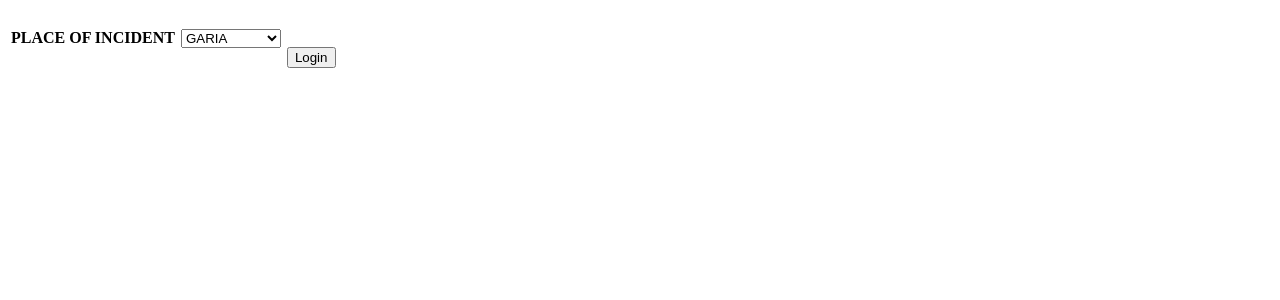
Repository: jeetlovely/ems
Page: EmergencyManagement/WebContent/accident.html
The author's editor kept a copy of each file at every save. The page is drawn from the files as they stood at one save, then again after the next save.
The browser window is 1280 px wide. The pictures show the whole page.

Above is the page before, as saved 2018-04-25 09:16:19.

### EmergencyManagement/WebContent/accident.html
<!DOCTYPE html>
<html>
<head>
<meta charset="ISO-8859-1">
<title>Insert title here</title>
</head>
<body>
<form action="success1">

<table align="left">
<tr><th colspan="2">PLACE OF INCIDENT</th></tr></br>
<table align="left">
<tr><th colspan="2">
<select>
  <option value="garia">GARIA</option>
  <option value="newgaria">NEW GARIA</option>
  <option value="dumdum">DUMDUM</option>
  <option value="belghoria">BELGHORIA</option>
  <option value="jadavpur">JADAVPUR</option>
  <option value="kasba">KASBA</option>
</select>
</table></br>

<table align="left">
<tr><td colspan="2"><input type="submit" value="Login"></td></tr>
</table>
</table>
</form>

</body>
</html>

After the next save:
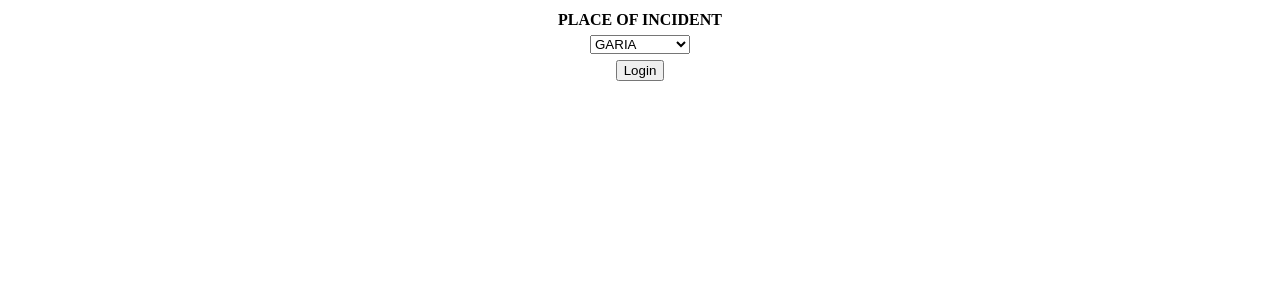
Saved 33 s later.
--- a/EmergencyManagement/WebContent/accident.html
+++ b/EmergencyManagement/WebContent/accident.html
@@ -7,9 +7,9 @@
 <body>
 <form action="success1">
 
-<table align="left">
-<tr><th colspan="2">PLACE OF INCIDENT</th></tr></br>
-<table align="left">
+<table align="center">
+<tr><th colspan="2">PLACE OF INCIDENT</th></tr>
+<table align="center">
 <tr><th colspan="2">
 <select>
   <option value="garia">GARIA</option>
@@ -19,9 +19,9 @@
   <option value="jadavpur">JADAVPUR</option>
   <option value="kasba">KASBA</option>
 </select>
-</table></br>
+</table>
 
-<table align="left">
+<table align="center">
 <tr><td colspan="2"><input type="submit" value="Login"></td></tr>
 </table>
 </table>
